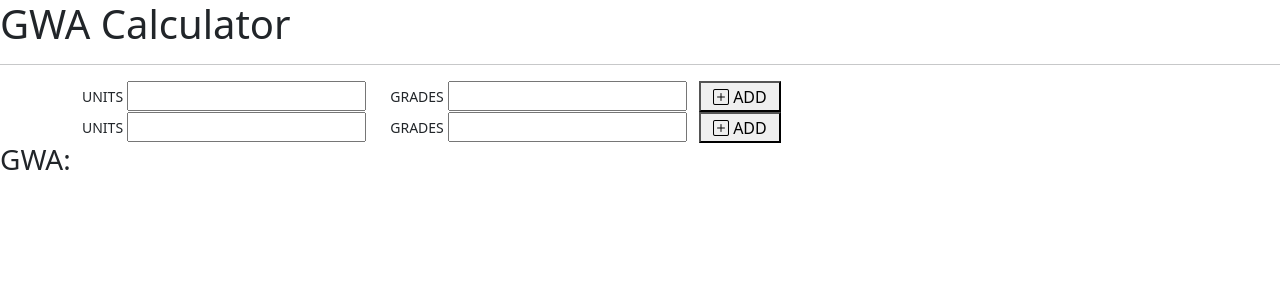
Repository: yonora/GWACalculator
Page: index.html
These files come from the project's save history. The page is drawn as it stood at one moment and after the next save; the edit follows.
The browser window is 1280 px wide. The pictures show the whole page.
Empty fields were first filled with sample values (such as "Sample", 5 or name@example.com).
After loading, the first visible `button.col-auto` was clicked once.

Above is the page before, as saved 2025-01-04 22:37:23.

### index.html
<!DOCTYPE html>
<html lang="en">
<head>
    <meta charset="UTF-8">
    <meta name="viewport" content="width=device-width, initial-scale=1.0">
    <link rel="stylesheet" href="https://cdn.jsdelivr.net/npm/bootstrap@5.3.3/dist/css/bootstrap.min.css">
    <link rel="stylesheet" href="https://cdn.jsdelivr.net/npm/bootstrap-icons@1.11.3/font/bootstrap-icons.min.css">
    <script src="js.js"></script>
    <title>GWA Calculator</title>
</head>
<body>
    <h1>GWA Calculator</h1>
    <hr>
    <div class="container" id="container">
        <div class="row" id="grade-container">
            <div class="col-auto">
                <label for="units" class="col-form-label-sm">UNITS</label>
                <input type="number" class="col-form-control" id="units">
            </div>
            <div class="col-auto">
                <label for="grades" class="col-form-label-sm">GRADES</label>
                <input type="text" class="col-form-control" id="grades">
            </div>
            <button class="col-auto add" onclick="add()"><i class="bi bi-plus-square"></i> ADD</button>
        </div>
    </div>
    <h3>GWA: <span id="gwa"></span></h3>
</body>
</html>

### js.js
function add(){
    const container = document.getElementById('container');
    const elements =
        `<div class="row" id="grade-container">
            <div class="col-auto">
                <label for="units" class="col-form-label-sm">UNITS</label>
                <input type="number" class="col-form-control" id="units">
            </div>
            <div class="col-auto">
                <label for="grades" class="col-form-label-sm">GRADES</label>
                <input type="text" class="col-form-control" id="grades">
            </div>
            <button class="col-auto add" onclick="add()"><i class="bi bi-plus-square"></i> ADD</button>
        </div>`
    ;
    container.innerHTML += elements;
}

function compute(){
    const gwa = document.getElementById('gwa');
    gwa.innerHTML = "Hello World";
}

After the next save:
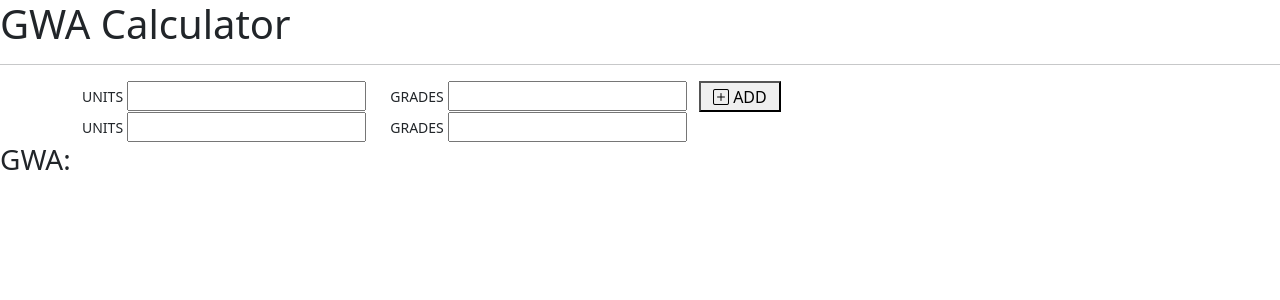
Saved 2 min 26 s later.
--- a/js.js
+++ b/js.js
@@ -10,7 +10,6 @@ function add(){
                 <label for="grades" class="col-form-label-sm">GRADES</label>
                 <input type="text" class="col-form-control" id="grades">
             </div>
-            <button class="col-auto add" onclick="add()"><i class="bi bi-plus-square"></i> ADD</button>
         </div>`
     ;
     container.innerHTML += elements;
